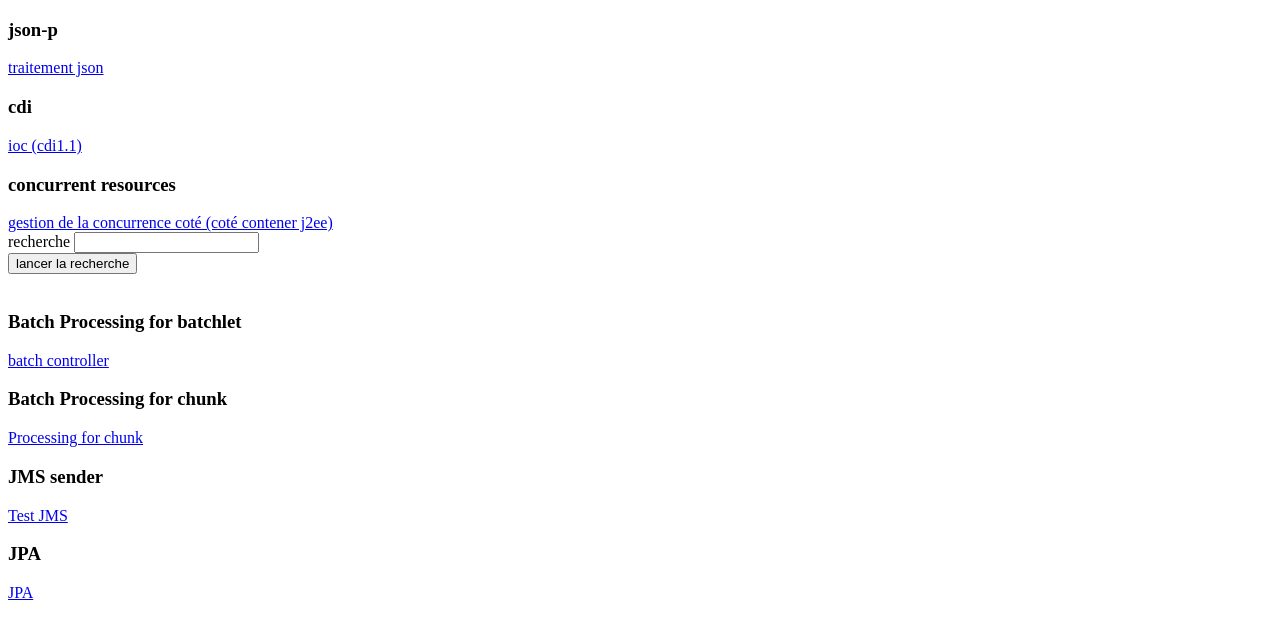
Repository: antoinebody/formationJee7
Page: http://localhost/ProjJEE7/
An editor plug-in stored every save of this project. The page is shown before and after the next save, followed by the edit.
The browser window is 1280 px wide. The pictures show the whole page.
The page is served by Tomcat 9. Nobody is signed in. The application's start-up code is not run. Other server files are loaded and not shown.

Above is the page before, as saved 2015-11-27 09:56:40.

### ProjJEE7/WebContent/index.jsp
<?xml version="1.0" encoding="utf-8" ?>
<%@ page language="java" contentType="text/html; charset=UTF-8"
    pageEncoding="UTF-8"%>
<!doctype html>
<html lang="fr">
<head>
<meta charset="utf-8">
<title>projet jee7</title>
</head>
<body>
	<h3>json-p</h3>
	<a title="json-p" href="JSONController?calltype=1">traitement json</a>
	<br/>

	<h3>cdi</h3>
	<a title="json-p" href="CDIControler">ioc (cdi1.1)</a>
	<br/>
	<h3>concurrent resources</h3>
	<a title="concurrent resource" href="SearchConcurrentController">gestion de la concurrence coté (coté contener j2ee)</a>
	<br/>
	<form method="post" action="SearchConcurrentController">
		<label for="search">recherche </label>
		<input type="text" name="searchfield" id="search" />
		<br />
		<input type="submit" value="lancer la recherche"/>
	</form>
	<br />
	<h3>Batch Processing for batchlet</h3>
	<a title="batchProcessing" href="BatchController">batch controller</a>
	<br/>

	<h3>Batch Processing for chunk</h3>
	<a title="batchProcessing" href="BatchController2">Processing for chunk</a>
	<br/>

	<h3>JMS sender</h3>
	<a title="batchProcessing" href="JMSController">Test JMS</a>
	<br/>

	<h3>JPA </h3>
	<a title="JPA" href="JPAController">JPA </a>
		<br/>


</body>
</html>

After the next save:
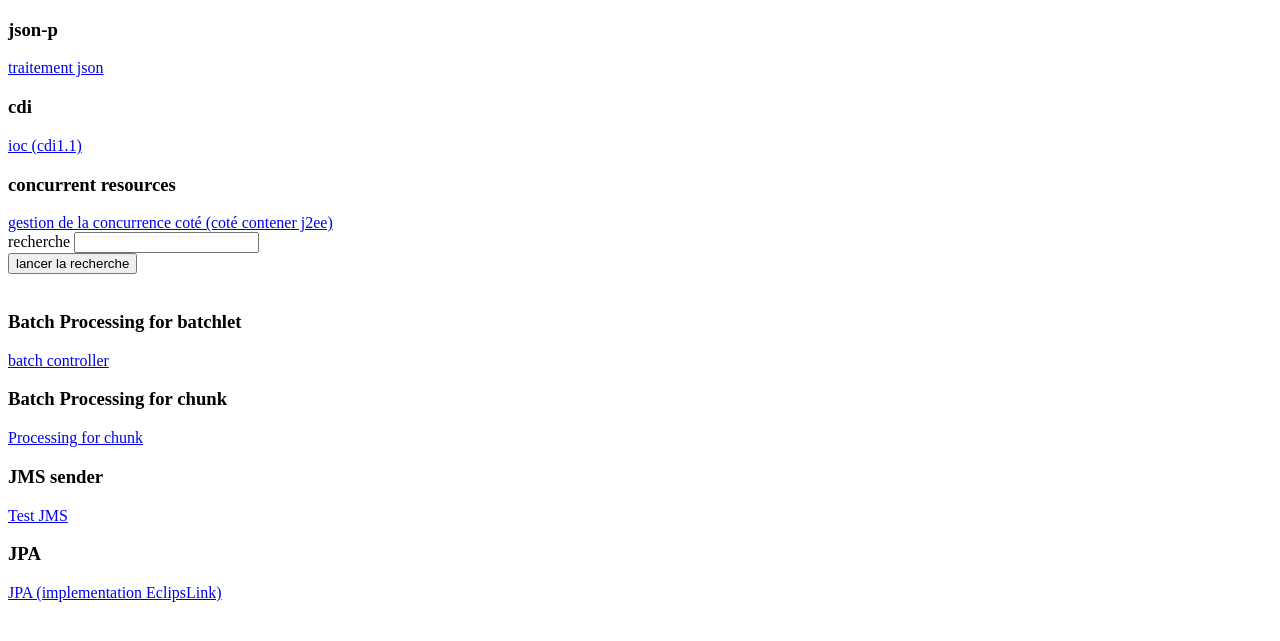
Saved 10 s later.
--- a/ProjJEE7/WebContent/index.jsp
+++ b/ProjJEE7/WebContent/index.jsp
@@ -38,7 +38,7 @@
 	<br/>
 
 	<h3>JPA </h3>
-	<a title="JPA" href="JPAController">JPA </a>
+	<a title="JPA" href="JPAController">JPA (implementation EclipsLink) </a>
 		<br/>
 
 
